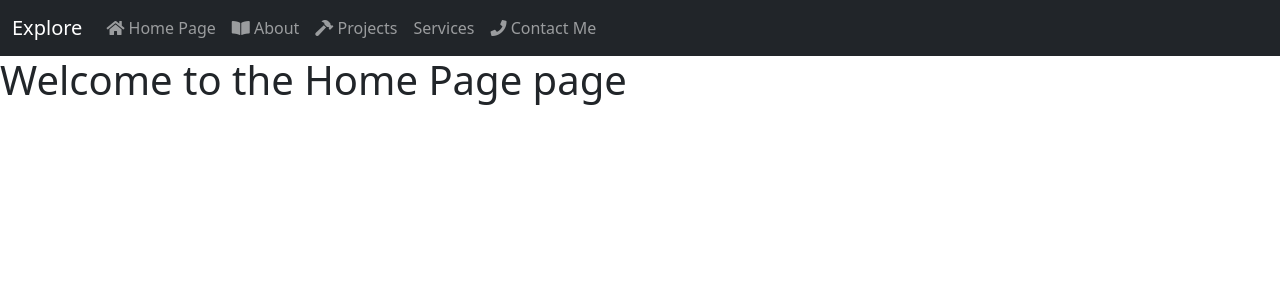
Repository: Survey-Wizard/SurveyWizard
Page: http://localhost/
An editor plug-in stored every save of this project. The page is shown before and after a run of saves, followed by the edit.
The browser window is 1280 px wide. The pictures show the whole page.
The page is served by the project's Node server (server.js).

Above is the page before, as saved 2021-05-30 10:03:33.

After the next 2 saves:
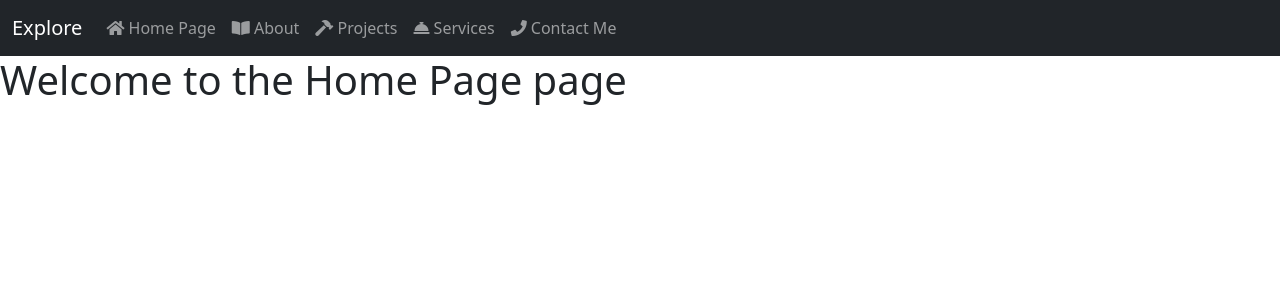
The 2 saves are shown as one change because they came seconds apart.
The last was saved 19 s later.
--- a/views/index.ejs
+++ b/views/index.ejs
@@ -36,7 +36,7 @@
           </li>
 
           <li class="nav-item active">
-            <a class="nav-link"  href="/services">Services</a>
+            <a class="nav-link"  href="/services"><i class="fas fa-concierge-bell"></i> Services</a>
           </li>
 
           <li class="nav-item active">
